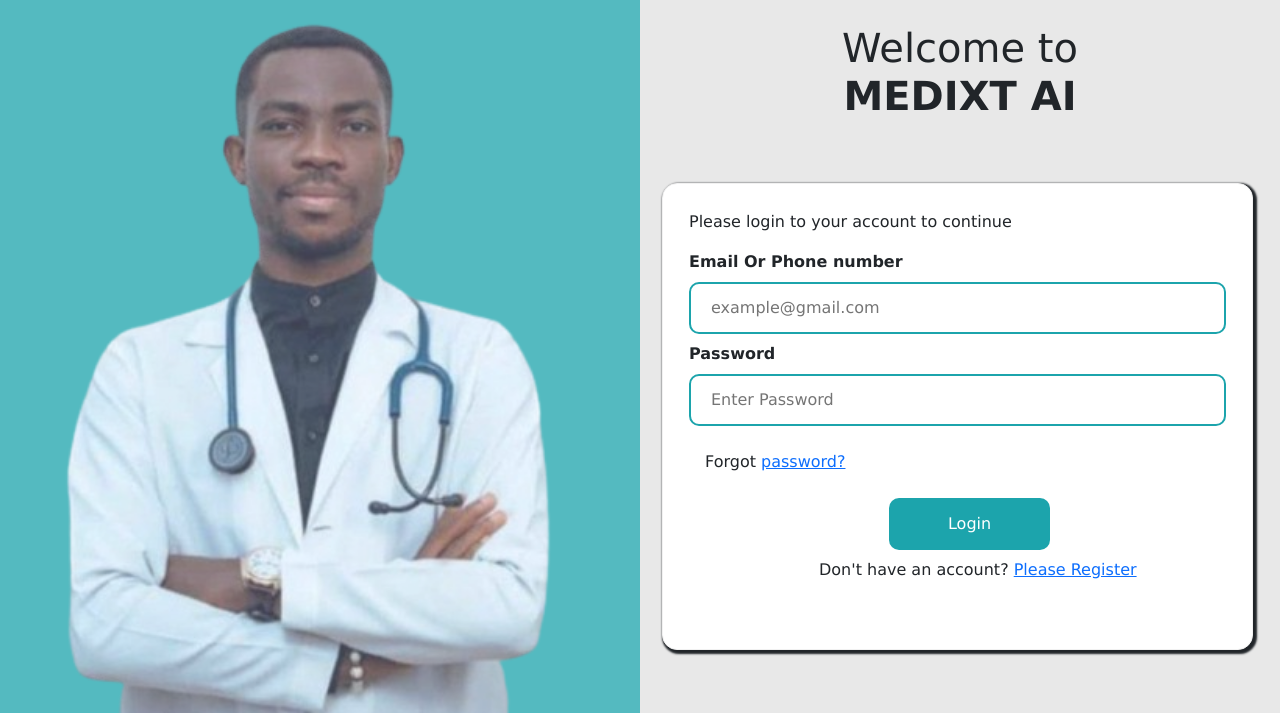
Repository: ChidexStanley/MEDIXT-AI
Page: login.html
These files come from the project's save history. The page is drawn as it stood at one moment and after the next save; the edit follows.
The browser window is 1280 px wide. The pictures show the whole page.

Above is the page before, as saved 2024-07-15 01:35:48.

After the next save:
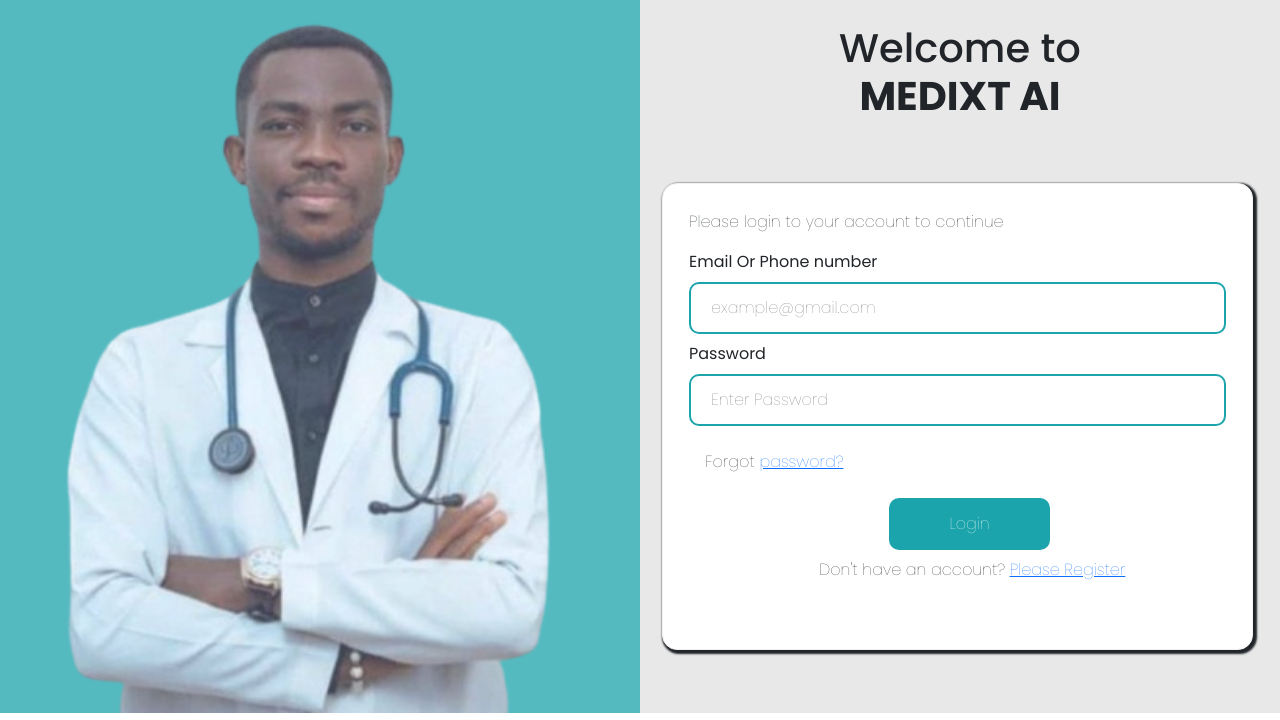
Saved 21 s later.
--- a/assets/css/style.css
+++ b/assets/css/style.css
@@ -1,5 +1,7 @@
-*{
-    font-family: 'Lucida Sans', 'Lucida Sans Regular', 'Lucida Grande', 'Lucida Sans Unicode', Geneva, Verdana, sans-serif;
+* {
+    font-family: "Poppins", sans-serif;
+    font-weight: 100;
+    font-style: normal;
 
 }
 
@@ -35,7 +37,9 @@
     background-color: #fff;
 }
 
-input[type=email],input[type=number], input[type=password] {
+input[type=email],
+input[type=number],
+input[type=password] {
     width: 100%;
     padding: 12px 20px;
     margin: 8px 0;
@@ -69,19 +73,19 @@
 }
 
 
-.img1{
+.img1 {
     width: 100%;
     height: 100%;
     object-fit: cover;
 }
 
-.rgt{
+.rgt {
     margin-left: 130px;
     padding: 0;
 
 }
 
-.box_1{
+.box_1 {
     border-radius: 10px;
     border: #000;
     align-items: center;
